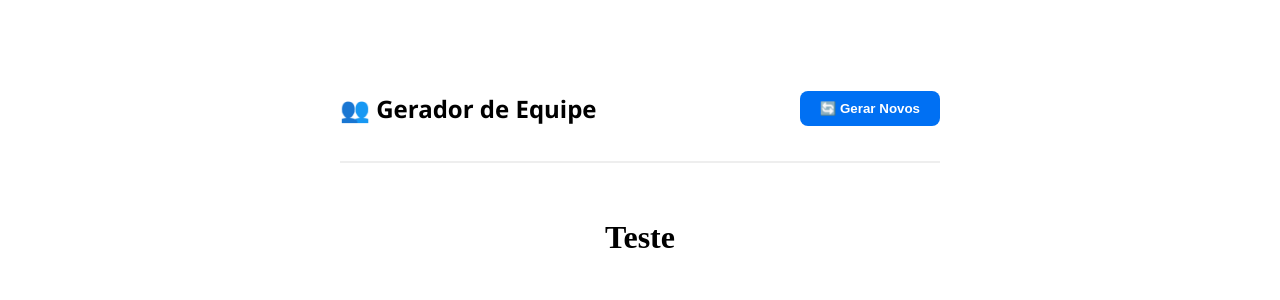
Repository: andrMiotto/Gerador-de-Equipe-Dinamico-React
Page: / (app in vite-project/)
The author's editor kept a copy of each file at every save. The page is drawn from the files as they stood at one save, then again after a run of saves.
The browser window is 1280 px wide. The pictures show the whole page.
The page's requests for data from a server got no answer. The project was rebuilt for these pictures with package versions that can differ from the ones it lists, and the page was loaded fresh each time. No one was signed in, and anything a server would have sent is missing. Also part of the build but not shown: vite-project/vite.config.js.

Above is the page before, as saved 2026-03-24 21:02:45.

After the next 2 saves:
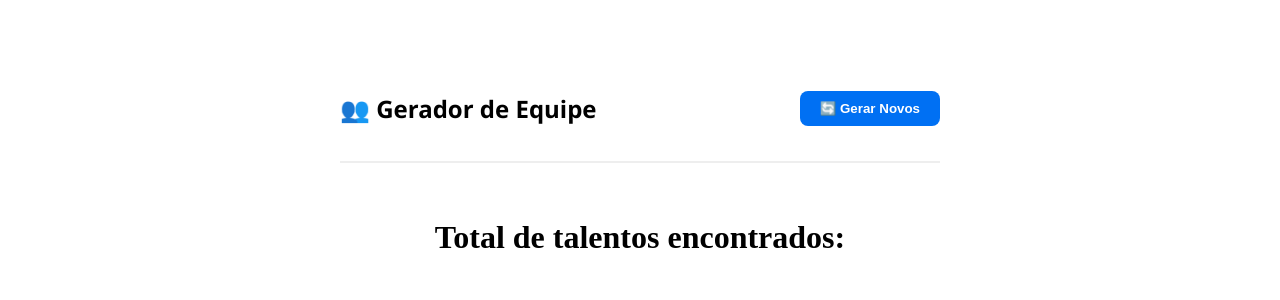
The 2 saves are shown as one change because they came seconds apart.
The last was saved 17 s later.
--- a/vite-project/src/App.jsx
+++ b/vite-project/src/App.jsx
@@ -7,7 +7,7 @@ function App() {
     <>
 
       <UserGenerator />
-      <h1>Teste</h1>
+      <h1>Total de talentos encontrados:{}</h1>
     </>
   )
 }
